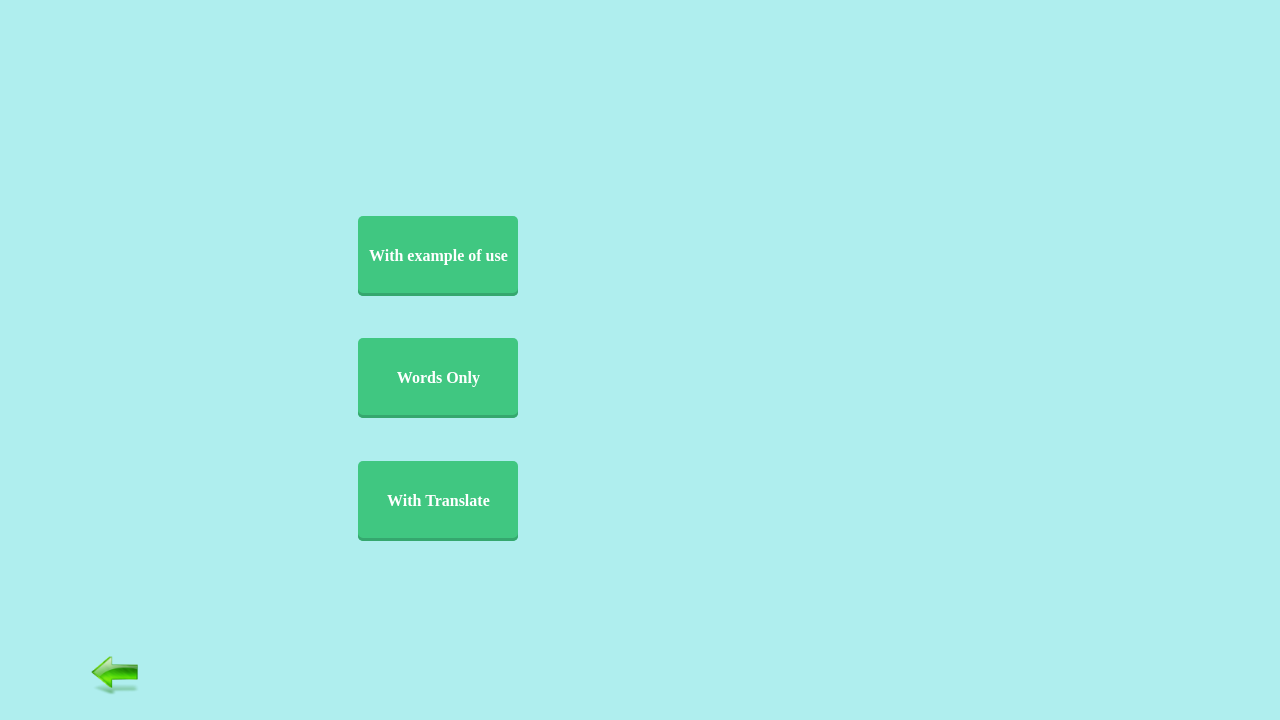
Repository: Artem-Brunov/msu_prac
Page: workspace/BasicUI/NewSettings.html
An editor plug-in stored every save of this project. The page is shown before and after the next save, followed by the edit.
The browser window is 1280 px wide. The pictures show the whole page.

Above is the page before, as saved 2017-11-20 02:21:06.

### workspace/BasicUI/NewSettings.html
<!DOCTYPE html>
<html>
<head>
  <meta charset="utf-8" />
    <meta name="viewport" content="width=device-width, initial-scale=1.0, maximum-scale=1.0">
    <meta name="description" content="Tizen Mobile Web Basic Template" />

    <title>Tizen Mobile Web Basic Application</title>
    <link rel="stylesheet" type="text/css" href="css/NewPlaylist.css" />
    <link rel="stylesheet" type="text/css" href="css/style.css" />
</head>
<body>
	<div class = "main">
		<div class = "New">
			<a href = "NewWithoutTr.html" class = "first_button">Words Only</a>
		</div>
		<div class = "Select">
			<a href = "NewWithTranslate.html" class = "first_button" >With Translate</a>
		</div>
		<div class = "FastPlay">
			<a href = "NewWithBonus.html" class = "first_button" >With example of use</a>
		</div>
		<div class = "BBack">
			<a href = "index.html"><img src="images/Back.png" width="50"
  height="50" alt="One step back"></a>
		</div>

	</div>
</body>
</html>

### workspace/BasicUI/css/NewPlaylist.css
.Return {
	position: absolute;
  	top: 24%;
  	left:50%;

}
.Add {
	position: absolute;
  	top: 4%;
  	left: 50%;
}
.BBack{
	position: absolute;
  	top: 90%;
  	left: 7%;
}

### workspace/BasicUI/css/style.css
html,
body {
    width: 100%;
    height: 100%;
    margin: 0 auto;
    padding: 0;
    background: PaleTurquoise;
 }
 .titl{

 	position: absolute;
 	left: 25.5%;
 	top: 10%;
 	color: Gray;
 }
 a.first_button {

	display: block;
	width: 160px;
	height: 80px;
  	line-height: 5em;
	border-radius: 5px;
 	background: rgb(64,199,129);
	box-shadow: 0 -3px rgb(53,167,110) inset;
	font-weight: 900;
  	color: white;
  	text-align: center;
  	text-decoration: none;
  	transition: 0.2s;
}
a.first_button:hover { background: rgb(53, 167, 110); }
a.first_button:active {
  background: rgb(33,147,90);
  box-shadow: 0 3px rgb(33,147,90) inset;
}
.New {
	position: absolute;
  	top: 47%;
  	left: 28%;

}
.Select {
	position: absolute;
  	top: 64%;
  	left: 28%;

}
.FastPlay {
	position: absolute;
  	top: 30%;
  	left: 28%;

}

After the next save:
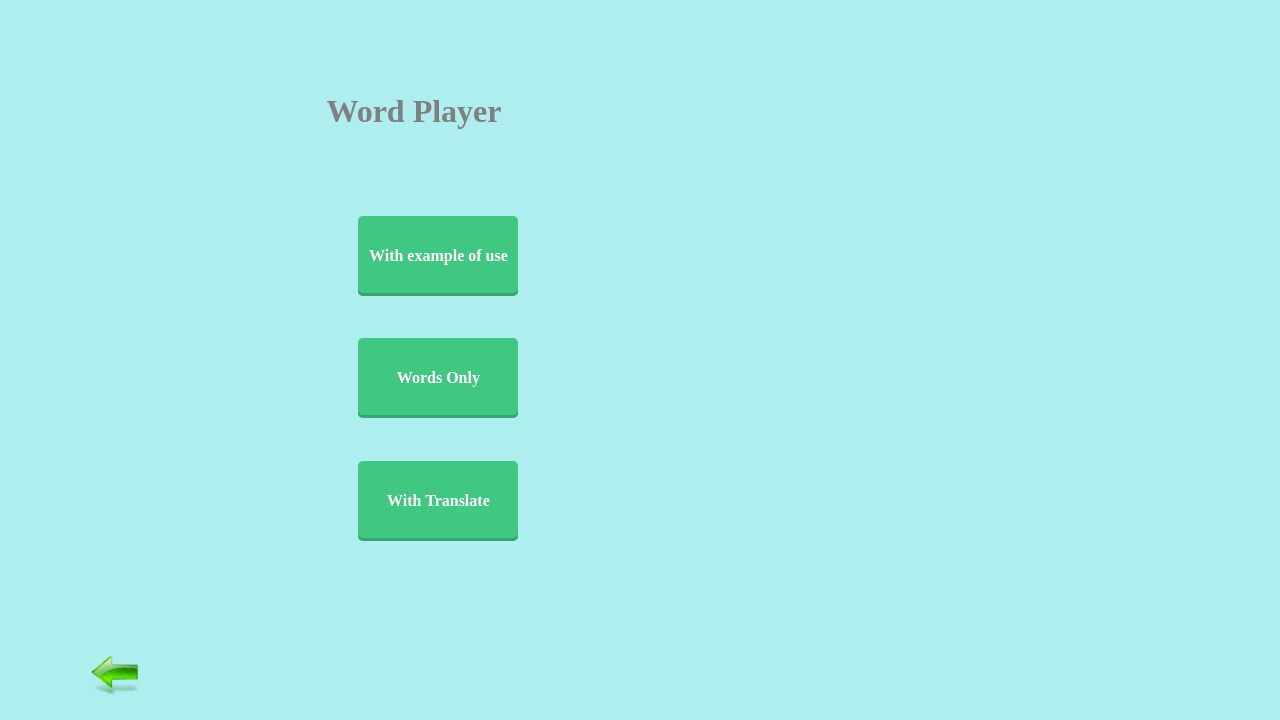
Saved 67 s later.
--- a/workspace/BasicUI/NewSettings.html
+++ b/workspace/BasicUI/NewSettings.html
@@ -11,6 +11,9 @@
 </head>
 <body>
 	<div class = "main">
+		<div class = "titl">
+			<h1>Word Player</h1>
+		</div>
 		<div class = "New">
 			<a href = "NewWithoutTr.html" class = "first_button">Words Only</a>
 		</div>
